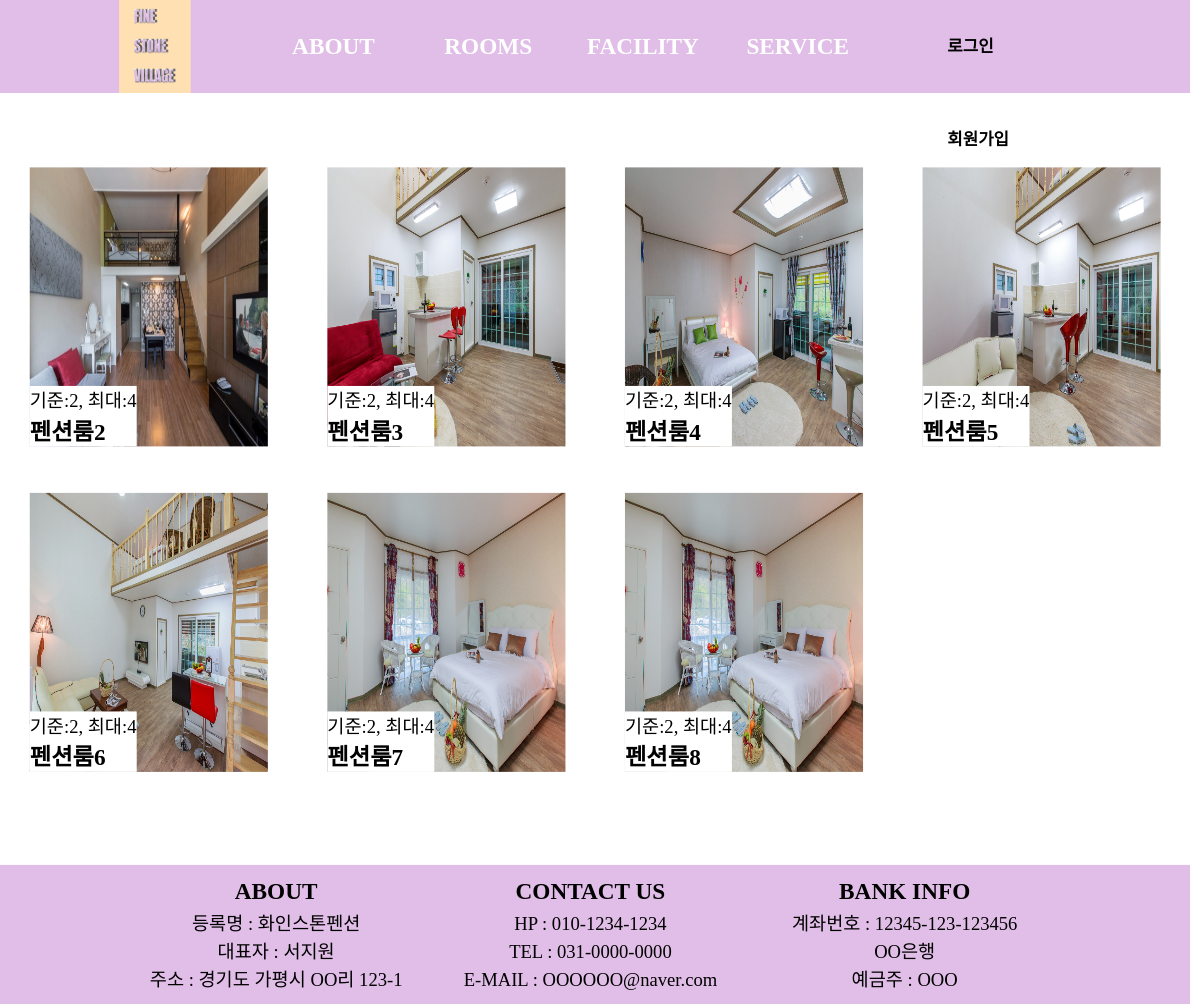
Repository: yoonjaesub/-pensionProject
Page: http://localhost/pension_project/WEB-INF/views/room/room_list.jsp
The author's editor kept a copy of each file at every save. The page is drawn from the files as they stood at one save, then again after the next save.
The browser window is 1280 px wide. The pictures show the whole page, at 93% of full size.
Some web fonts or font styles are not loaded; a fallback is used. The page is served by Tomcat 9. Nobody is signed in. Other server files are loaded and not shown. The template is opened directly, without the code that normally fills it, so the values that code supplies are empty.

Above is the page before, as saved 2021-01-19 13:11:04.

### Project_content/pension_project/src/main/webapp/WEB-INF/views/room/room_list.jsp
<%@ page language="java" contentType="text/html; charset=UTF-8"
    pageEncoding="UTF-8"%>
<%@ taglib uri="http://java.sun.com/jsp/jstl/core" prefix="c" %>
<%@ taglib uri="http://java.sun.com/jsp/jstl/fmt" prefix="fmt" %>
<!DOCTYPE html>
<html>
<head>
<meta charset="UTF-8">
<meta name="viewport" content="width=device-width, initial-scale=1.0">
<title>파인트리펜션 - 방 목록</title>
	<link rel="preconnect" href="https://fonts.gstatic.com">
    <link href="https://fonts.googleapis.com/css2?family=Abril+Fatface&family=Darker+Grotesque:wght@400;500;600;700;800;900&family=Do+Hyeon&family=Noto+Sans+KR:wght@100;300;400;500;700;900&display=swap" rel="stylesheet">
    <link rel="stylesheet" href="../resources/css/common.css">
    <style>
        .con_wrap {width: 100%; height: auto; margin: 30px 0;}
        .room_list_box {width: 100%; height: auto;}
        .room_list {width: 100%; height: auto;}
        .room_box {float: left; width: 20%; height: 300px; margin: 0 2.5%; margin-top: 50px; }
        .room_box img {width: 100%; height: 100%;}
        .room {width: 100%; height: 100%; position: relative;}
        .room_desc_box {position: absolute; bottom: 0; left: 0; background: #fff;}
        .p_count {font-size: 20px;}
        .room_name {font-size : 25px; font-weight: bold;}
    </style>
</head>
<body>
<%@ include file="../header.jsp" %>
		<div class="content">
            <div class="con_wrap">
                <div class="room_list_box">
                    <ul class="room_list">
                    	<c:forEach items="${roomList}" var ="roomList">
	                    	<li class="room_box">
	                            <a href="room_detail">
	                                <div class="room">
	                                    <img src="../resources/img/room_list/${roomList.r_number}.jpg" alt="방사진">
	                                    <div class="room_desc_box">
	                                        <p class="p_count"><c:out value="${roomList.r_guestsnum}"/></p>
	                                        <p class="room_name"><c:out value="${roomList.r_name}"/></p>
	                                    </div>
	                                </div>
	                            </a>
	                        </li>
                    	</c:forEach>

                        <li class="room_box">
                            <a href="room_detail">
                                <div class="room">
                                    <img src="../resources/img/room_list/Y_room_list2.jpg" alt="방사진">
                                    <div class="room_desc_box">
                                        <p class="p_count">기준:2, 최대:4</p>
                                        <p class="room_name">펜션룸2</p>
                                    </div>
                                </div>
                            </a>
                        </li>
                        <li class="room_box">
                            <a href="room_detail">
                                <div class="room">
                                    <img src="resources/img/room_list/Y_room_list3.jpg" alt="방사진">
                                    <div class="room_desc_box">
                                        <p class="p_count">기준:2, 최대:4</p>
                                        <p class="room_name">펜션룸3</p>
                                    </div>
                                </div>
                            </a>
                        </li>
                        <li class="room_box">
                            <a href="room_detail">
                                <div class="room">
                                    <img src="resources/img/room_list/Y_room_list4.jpg" alt="방사진">
                                    <div class="room_desc_box">
                                        <p class="p_count">기준:2, 최대:4</p>
                                        <p class="room_name">펜션룸4</p>
                                    </div>
                                </div>
                            </a>
                        </li>
                        <li class="room_box">
                            <a href="room_detail">
                                <div class="room">
                                    <img src="resources/img/room_list/Y_room_list5.jpg" alt="방사진">
                                    <div class="room_desc_box">
                                        <p class="p_count">기준:2, 최대:4</p>
                                        <p class="room_name">펜션룸5</p>
                                    </div>
                                </div>
                            </a>
                        </li>
                        <li class="room_box">
                            <a href="room_detail">
                                <div class="room">
                                    <img src="resources/img/room_list/Y_room_list6.jpg" alt="방사진">
                                    <div class="room_desc_box">
                                        <p class="p_count">기준:2, 최대:4</p>
                                        <p class="room_name">펜션룸6</p>
                                    </div>
                                </div>
                            </a>
                        </li>
                        <li class="room_box">
                            <a href="room_detail">
                                <div class="room">
                                    <img src="resources/img/room_list/Y_room_list7.jpg" alt="방사진">
                                    <div class="room_desc_box">
                                        <p class="p_count">기준:2, 최대:4</p>
                                        <p class="room_name">펜션룸7</p>
                                    </div>
                                </div>
                            </a>
                        </li>
                        <li class="room_box">
                            <a href="room_detail">
                                <div class="room">
                                    <img src="resources/img/room_list/Y_room_list8.jpg" alt="방사진">
                                    <div class="room_desc_box">
                                        <p class="p_count">기준:2, 최대:4</p>
                                        <p class="room_name">펜션룸8</p>
                                    </div>
                                </div>
                            </a>
                        </li>

                    </ul>
                </div>
            </div>
        </div>
<%@ include file="../footer.jsp" %>
</body>
</html>

### Project_content/pension_project/src/main/webapp/WEB-INF/views/header.jsp
<%@ page language="java" contentType="text/html; charset=UTF-8"
    pageEncoding="UTF-8"%>
    <div class="wrap">
        <div class="header">
            <div class="hd_wrap">
                <a href="index" class="logo"><img src="resources/img/O_fine_logo.png" alt="로고"></a>
                <nav class="gnb">
                    <ul>
                        <li><a href="about">ABOUT</a></li>
                        <li><a href="room_list">ROOMS</a></li>
                        <li><a href="facility">FACILITY</a></li>
                        <li><a href="service">SERVICE</a></li>
                    </ul>
                </nav>
                <div class="login_box">
                    <a href="login">로그인</a>
                    <a href="mem_join">회원가입</a>
                </div>
            </div>
        </div>

### Project_content/pension_project/src/main/webapp/WEB-INF/views/footer.jsp
<%@ page language="java" contentType="text/html; charset=UTF-8"
    pageEncoding="UTF-8"%>

        <div class="footer">
            <div class="ft_wrap">
                <ul class="ft_info_box">
                    <li>
                        <h4 class="ft_info_tit">ABOUT</h4>
                        <p>등록명 : 화인스톤펜션</p>
                        <p>대표자 : 서지원</p>
                        <p>주소 : 경기도 가평시 OO리 123-1</p>
                    </li>
                    <li>
                        <h4 class="ft_info_tit">CONTACT US</h4>
                        <p>HP : 010-1234-1234</p>
                        <p>TEL : 031-0000-0000</p>
                        <p>E-MAIL : OOOOOO@naver.com</p>
                    </li>
                    <li>
                        <h4 class="ft_info_tit">BANK INFO</h4>
                        <p>계좌번호 : 12345-123-123456 <br>
                            OO은행 </p>
                        <p>예금주 : OOO</p>
                    </li>
                </ul>
            </div>
        </div>
    </div>
</body>
</html>

### Project_content/pension_project/src/main/webapp/resources/css/common.css
/* 색상 */
.color1 {background : #fff3e0;}
.color2 {background : #fff8e1;}
.color3 {background : #ffecb3;}
.color4 {background : #ffe0b2;}
.color5 {background : #e1bee7;}

/* 폰트 */
.font_M {font-family: 'Noto Sans KR', sans-serif;}
.font_MB {font-family: 'Do Hyeon', sans-serif;}
.font_EB {font-family: 'Abril Fatface', cursive;}
.font_E {font-family: 'Darker Grotesque', sans-serif;}

/* 초기화 */
* {margin: 0; padding: 0;}
html,body {max-width: 100vw; height: 100%;}
ul,li {list-style: none;}
a {text-decoration: none; color:#000;}

/* 헤더 */
.wrap {width: 100%; height: 100%; box-sizing: border-box;}
.header {width: 100%; height: 100px; background: #E1BEE7;}
.hd_wrap {width: 80%; height: 100px; margin: 0 auto; }
.logo {display:inline-block; width: 7.5%; height: 100px;}
.logo img {width: 100%; height: 100%;}
.gnb {display: inline-block; width: 65%; height: 100px; margin-left: 6.5%;}
.gnb ul {width: 100%;}
.gnb ul li {float: left; width: 25%; text-align: center; line-height: 100px;}
.gnb ul li a {width: 100%; font-size: 25px; color: #fff; font-weight: bold;}
.login_box {float: right; width: 14%; height: 100px; }
.login_box a {display: inline-block; width: auto; text-align: center; margin: 0 10px; font-size: 18px; line-height: 100px; font-weight: bold; }

/* 콘텐츠 */
.content {clear: both; width: 100%; height: auto; min-height: 800px; margin: 0 auto; box-sizing: border-box;}

/* 푸터 */
.footer {clear: both; width: 100%; height: 150px; background: #E1BEE7;}
.ft_wrap {width: 80%; height: 100%; margin: 0 auto; text-align: center; }
.ft_info_box {width: 100%;}
.ft_info_box li {float: left; width: 33%; height: 100px; line-height: 1.5; margin-top: 10px; }
.ft_info_box h4 {font-size: 25px;}
.ft_info_box p {font-size: 20px;}

After the next save:
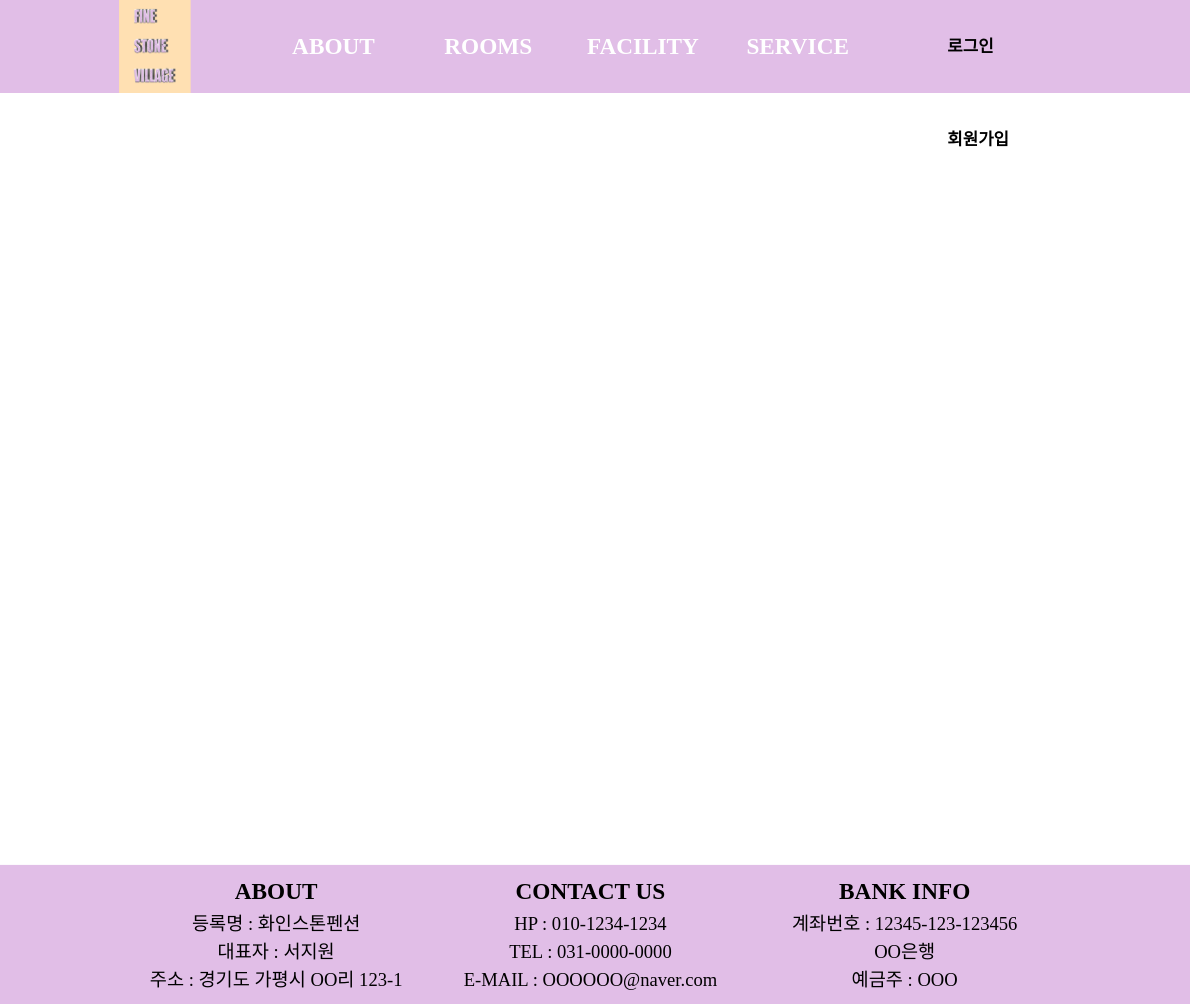
Saved 14 s later.
--- a/Project_content/pension_project/src/main/webapp/WEB-INF/views/room/room_list.jsp
+++ b/Project_content/pension_project/src/main/webapp/WEB-INF/views/room/room_list.jsp
@@ -42,85 +42,6 @@
 	                            </a>
 	                        </li>
                     	</c:forEach>
-
-                        <li class="room_box">
-                            <a href="room_detail">
-                                <div class="room">
-                                    <img src="../resources/img/room_list/Y_room_list2.jpg" alt="방사진">
-                                    <div class="room_desc_box">
-                                        <p class="p_count">기준:2, 최대:4</p>
-                                        <p class="room_name">펜션룸2</p>
-                                    </div>
-                                </div>
-                            </a>
-                        </li>
-                        <li class="room_box">
-                            <a href="room_detail">
-                                <div class="room">
-                                    <img src="resources/img/room_list/Y_room_list3.jpg" alt="방사진">
-                                    <div class="room_desc_box">
-                                        <p class="p_count">기준:2, 최대:4</p>
-                                        <p class="room_name">펜션룸3</p>
-                                    </div>
-                                </div>
-                            </a>
-                        </li>
-                        <li class="room_box">
-                            <a href="room_detail">
-                                <div class="room">
-                                    <img src="resources/img/room_list/Y_room_list4.jpg" alt="방사진">
-                                    <div class="room_desc_box">
-                                        <p class="p_count">기준:2, 최대:4</p>
-                                        <p class="room_name">펜션룸4</p>
-                                    </div>
-                                </div>
-                            </a>
-                        </li>
-                        <li class="room_box">
-                            <a href="room_detail">
-                                <div class="room">
-                                    <img src="resources/img/room_list/Y_room_list5.jpg" alt="방사진">
-                                    <div class="room_desc_box">
-                                        <p class="p_count">기준:2, 최대:4</p>
-                                        <p class="room_name">펜션룸5</p>
-                                    </div>
-                                </div>
-                            </a>
-                        </li>
-                        <li class="room_box">
-                            <a href="room_detail">
-                                <div class="room">
-                                    <img src="resources/img/room_list/Y_room_list6.jpg" alt="방사진">
-                                    <div class="room_desc_box">
-                                        <p class="p_count">기준:2, 최대:4</p>
-                                        <p class="room_name">펜션룸6</p>
-                                    </div>
-                                </div>
-                            </a>
-                        </li>
-                        <li class="room_box">
-                            <a href="room_detail">
-                                <div class="room">
-                                    <img src="resources/img/room_list/Y_room_list7.jpg" alt="방사진">
-                                    <div class="room_desc_box">
-                                        <p class="p_count">기준:2, 최대:4</p>
-                                        <p class="room_name">펜션룸7</p>
-                                    </div>
-                                </div>
-                            </a>
-                        </li>
-                        <li class="room_box">
-                            <a href="room_detail">
-                                <div class="room">
-                                    <img src="resources/img/room_list/Y_room_list8.jpg" alt="방사진">
-                                    <div class="room_desc_box">
-                                        <p class="p_count">기준:2, 최대:4</p>
-                                        <p class="room_name">펜션룸8</p>
-                                    </div>
-                                </div>
-                            </a>
-                        </li>
-
                     </ul>
                 </div>
             </div>
